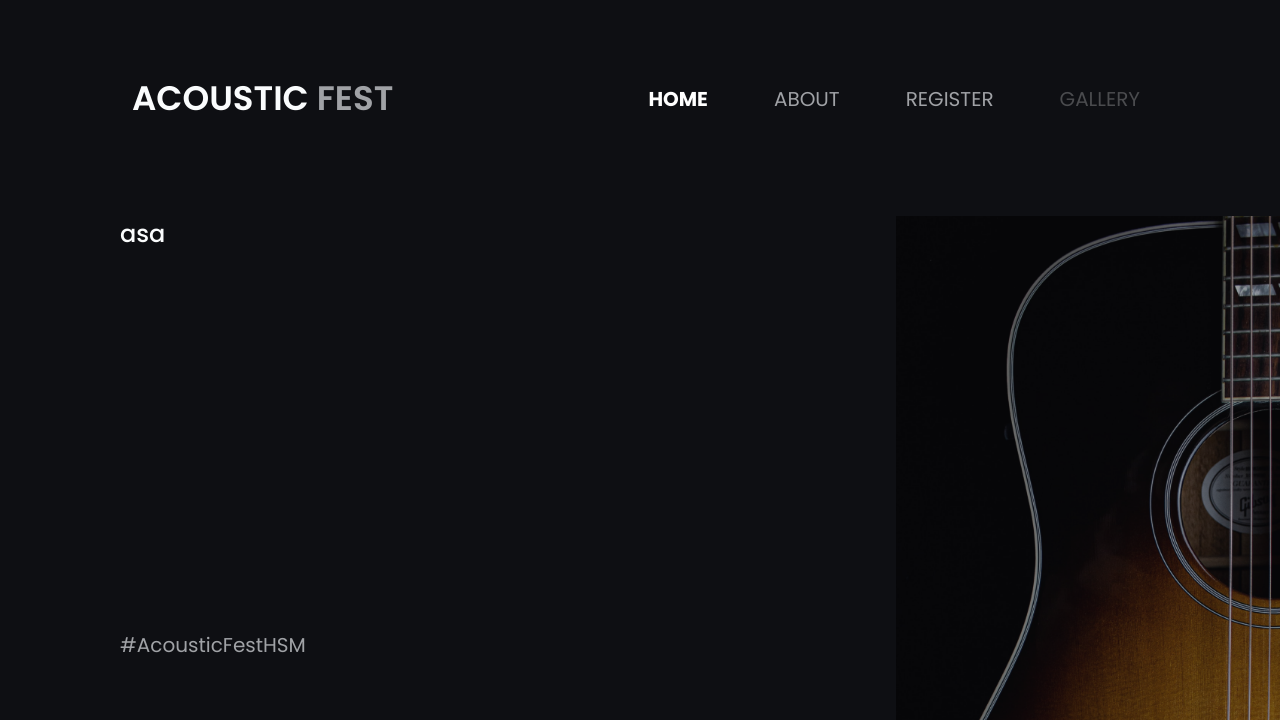
Repository: piyushiso/piyushiso.github.io
Page: event/acousticfest/index.html
An editor plug-in stored every save of this project. The page is shown before and after the next save, followed by the edit.
The browser window is 1280 px wide. The pictures show the whole page.
Some web fonts or font styles are not loaded; a fallback is used.

Above is the page before, as saved 2022-05-19 14:10:56.

### event/acousticfest/index.html
<html lang="en">
<head>
    <meta charset="UTF-8">
    <meta http-equiv="X-UA-Compatible" content="IE=edge">
    <meta name="viewport" content="width=device-width, initial-scale=1.0">
    <link href="https://cdn.jsdelivr.net/npm/bootstrap@5.2.0-beta1/dist/css/bootstrap.min.css" rel="stylesheet" integrity="sha384-0evHe/X+R7YkIZDRvuzKMRqM+OrBnVFBL6DOitfPri4tjfHxaWutUpFmBp4vmVor" crossorigin="anonymous">
    <link href="https://unpkg.com/aos@2.3.1/dist/aos.css" rel="stylesheet">
    <link href="styles/style.css" rel="stylesheet" type="text/css"/>
    <title>Acoustic Fest 2022</title>
</head>
<body>
    <div class="components">
        <nav class="navbar navbar-expand-lg fixed-top navbar-dark bg-dark">
            <div class="container-fluid">
              <a class="navbar-brand" href="#"><span class="primary">ACOUSTIC</span> FEST</a>
              <div class="d-flex">
                <button class="navbar-toggler" type="button" data-bs-toggle="collapse" data-bs-target="#navbarSupportedContent" aria-controls="navbarSupportedContent" aria-expanded="false" aria-label="Toggle navigation">
                    <span class="navbar-toggler-icon"></span>
                </button>
                <div class="collapse navbar-collapse" id="navbarSupportedContent">
                    <ul class="navbar-nav me-auto mb-2 mb-lg-0">
                        <li class="nav-item primary">
                            <a class="nav-link active" aria-current="page" href="#">HOME</a>
                        </li>
                        <li class="nav-item">
                            <a class="nav-link secondary" href="#">ABOUT</a>
                        </li>
                        <li class="nav-item">
                            <a class="nav-link secondary" href="#">REGISTER</a>
                        </li>
                        <li class="nav-item secondary">
                            <a class="nav-link disabled" href="#">GALLERY</a>
                        </li>
                    </ul>
                </div>
              </div>
            </div>
        </nav>

        <div class="contents">
            asa
        </div>
        <div data-aos="fade-left" data-aos-duration="1000" class="fixed-bottom hashtag">
            <span class="secondary">#AcousticFestHSM</span>
        </div>
    </div>
    <script src="https://cdn.jsdelivr.net/npm/bootstrap@5.2.0-beta1/dist/js/bootstrap.bundle.min.js" integrity="sha384-pprn3073KE6tl6bjs2QrFaJGz5/SUsLqktiwsUTF55Jfv3qYSDhgCecCxMW52nD2" crossorigin="anonymous"></script>
    <script src="https://unpkg.com/aos@2.3.1/dist/aos.js"></script>
    <script src="https://ajax.googleapis.com/ajax/libs/jquery/3.6.0/jquery.min.js"></script>
    <script src="scripts/script.js"></script>
</body>
</html>

### event/acousticfest/styles/style.css
@import url('https://fonts.googleapis.com/css2?family=Montserrat:wght@100&family=Poppins:wght@100;400;500;600;700&display=swap');
@import url('http://fonts.cdnfonts.com/css/choco-cookies');

:root {
    --bg: #0E0F13;
    --primary: #FAFCFD;
    --secondary: #A0A2A6;
    --main-font: 'Poppins', sans-serif;
    --secondary-font: 'Choco Cookies', sans-serif;
    --bold: 700;
    --semi-bold: 600;
    --medium: 500;
    --regular: 400;
    --t1: 64px;
    --t2: 60px;
    --t3: 38px;
    --t4: 34px;
    --t5: 30px;
    --t6: 24px;
    --t7: 20px;
    --gap-x: 120px;
    --gap-y: 60px;
    --gap-sub: 30px;
}

body{
    background: var(--bg);
    color: var(--primary);
    font-family: var(--main-font);
    font-weight: var(--medium);
    font-size: var(--t6);
    letter-spacing: 5% !important;
    background-image: url("../assets/images/background.png");
    background-repeat: no-repeat;
    background-attachment: fixed;
    background-position: bottom right;
    background-size: 30% 70%;
}

nav {
    background: var(--bg) !important;
}

.navbar-dark, .bg-dark{
    background: var(--bg) !important;
    color: var(--primary);
}

.navbar-brand{
    font-size: var(--t4);
    color: var(--secondary);
    font-weight: var(--semi-bold);
}

.nav-item a{
    font-size: var(--t7);
    font-weight: var(--regular);
}

nav{
    margin: var(--gap-y) var(--gap-x);
}

.active{
    font-weight: var(--bold) !important;
}

.navbar ul li{
    padding-left: 50px;
}

.primary{
    color: var(--primary);
}

.secondary{
    color: var(--secondary);
}

.components{
    padding: var(--gap-y) var(--gap-x);
}

.contents{
    /* max-height: 56%; */
    position: absolute;
    top: 30%;
}

.hashtag{
    padding: inherit;
    font-size: var(--t7);
    font-weight: var(--regular);
    transition: .5s;
}

.hashtag span:hover{
    color: var(--primary);
    transition: .5s;
    cursor: pointer;
}

### event/acousticfest/scripts/script.js
AOS.init()
$('.hashtag span').click(function () {
    navigator.clipboard.writeText("#AcousticFestHSM");
})

After the next save:
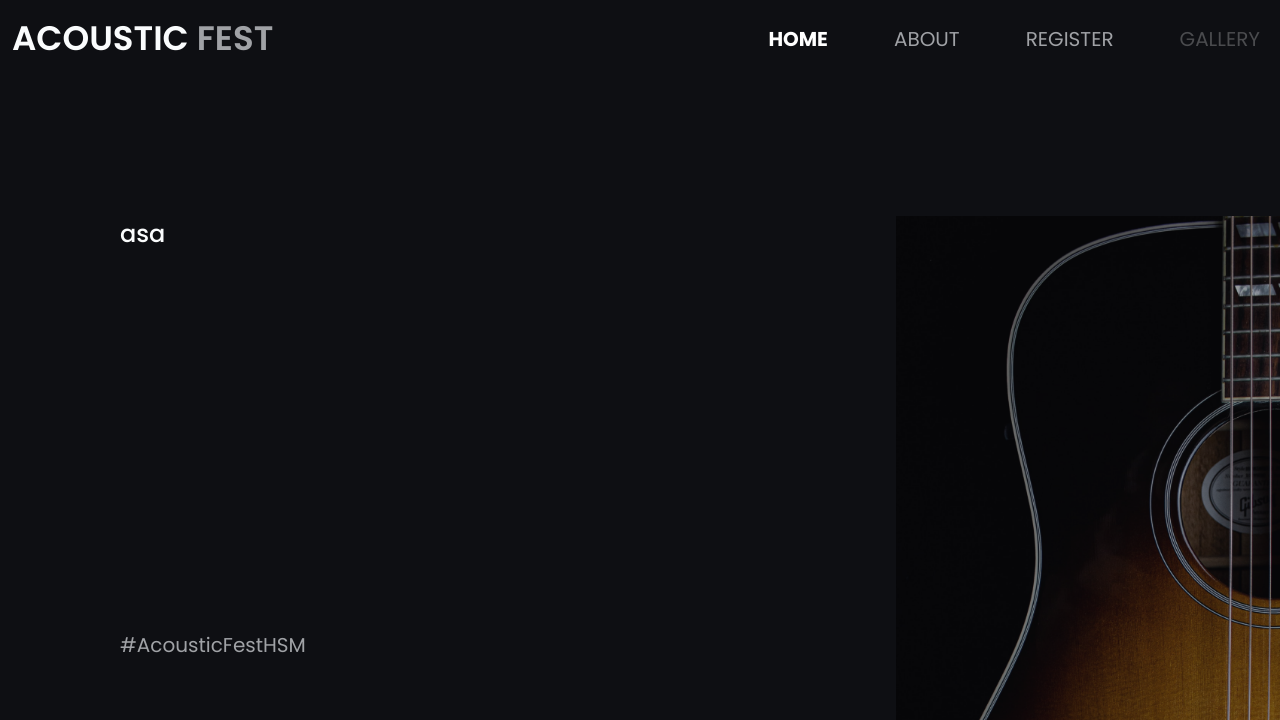
Saved 26 s later.
--- a/event/acousticfest/styles/style.css
+++ b/event/acousticfest/styles/style.css
@@ -58,7 +58,7 @@ nav {
 }
 
 nav{
-    margin: var(--gap-y) var(--gap-x);
+
 }
 
 .active{
